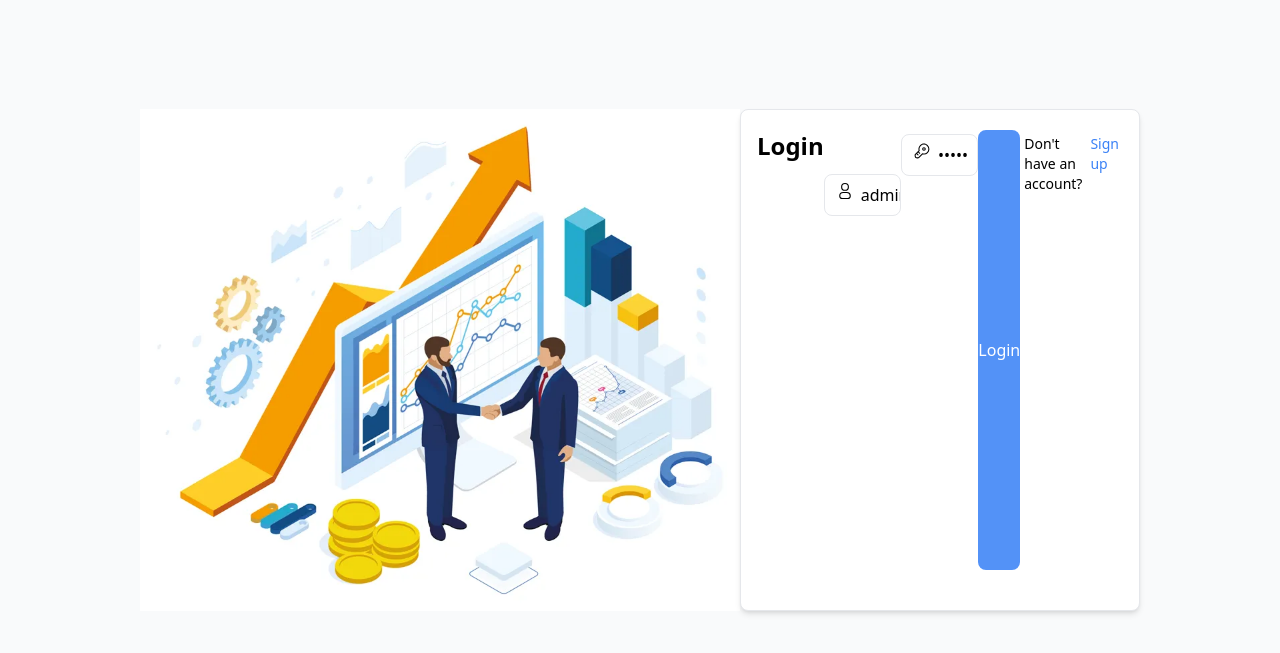
Repository: Fortivera/yourestate
Page: /
The author's editor kept a copy of each file at every save. The page is drawn from the files as they stood at one save, then again after the next save.
The browser window is 1280 px wide. The pictures show the whole page.
The project was rebuilt for these pictures with package versions that can differ from the ones it lists, and the page was loaded fresh each time. The framework's server and built-in components were replaced by stand-ins that run in the browser. Also part of the build but not shown: next.config.js.

Above is the page before, as saved 2023-11-02 14:41:44.

### src/app/layout.tsx
import './globals.css'



export const metadata = {
  title: 'Home',
  description: "great explanation of something",
}

export default function RootLayout({ children }: { children: React.ReactNode }) {
  return (
    <html lang="en">
      <body>
        {children}
      </body>
    </html>
  );
}

### src/app/page.tsx
import Link from "next/link"
import Image from "next/image"
import SvgNewUser from "public/static/SvgNewUser"
import SvgPassword from "public/static/SvgPassword"

export default function Login() {
  return (
    <div className="min-h-screen bg-gray-50 flex items-center justify-center">
      <div className="flex justify-center items-center w-full px-4 py-10 tablet:w-[540px] ">
        <div className="flex laptop:flex-row tablet:flex-col mobile:flex-col">
          <figure className="w-[600px]  ">
            <Image src="/static/growth.jpg" alt="login page picture" layout="responsive" width={500} height={700} className={""} />
          </figure>
          <div className="flex flex-row justify-center w-[400px] px-4 pb-6 pt-5 bg-white border rounded-lg shadow-md">
            <h1 className="text-2xl font-semibold text-center mb-4">Login</h1>

            <div className="mt-10 mb-4 relative">
              <label className="text-sm" htmlFor="Name">
                <SvgNewUser width={18} height={18} className={"absolute left-3 top-3"} />
              </label>
              <input defaultValue="admin" id="Name" type="text" name="Name" placeholder="Username" autoComplete="given-name" required className="block w-full border rounded-lg py-2 pl-9 mt-1 focus:ring focus:ring-blue-300" />
            </div>

            <div className="mb-4 relative">
              <label className="text-sm" htmlFor="Password">
                <SvgPassword width={18} height={18} className={"absolute left-3 top-3"} />
              </label>
              <input defaultValue="admin" id="Password" type="password" name="Password" placeholder="Password" required className="block w-full border rounded-lg py-2 pl-9 mt-1 focus:ring focus:ring-blue-300" />
            </div>

            <button type="button" aria-label="Sign-in button" className="bg-[#5392f7] text-white rounded-lg w-1/3 py-2 mb-4 hover:bg-[#3b83f6]">
              <Link href="/dashboard">Login</Link>
            </button>
            <div className="flex text-sm justify-center">
              <div className="p-1">Don't have an account?</div>
              <Link href="/user" className="text-blue-500 hover:underline p-1">
                Sign up
              </Link>
            </div>
          </div>
        </div>
      </div>
    </div>
  )
}

### src/app/globals.css

@import url('https://fonts.googleapis.com/css2?family=Lora:ital,wght@0,400;0,500;0,600;1,400;1,500;1,600&family=Montserrat:ital,wght@0,300;0,400;0,500;0,600;1,300;1,400;1,500;1,600&family=Poppins:ital,wght@0,300;0,400;0,500;0,600;0,700;0,800;0,900;1,300;1,400;1,500;1,600;1,700;1,800;1,900&family=Noto+Sans:ital,wght@0,300;0,400;0,500;0,600;0,700;0,800;0,900;1,300;1,400;1,500;1,600;1,700;1,800;1,900&display=swap');

@tailwind base;
@tailwind components;
@tailwind utilities;

.navbarDark{
  background-color:rgb(45 48 56 );
  color: #ddd;
}
.navbarLight {
  background-color: rgb(59 130 246 / 0.5);
  color: black;
}
.propertyListLight {
  background-color: rgb(249 250 251);
  color: black;
  border-color: rgb(229 231 235);
  }
.propertyListDark {
  background-color:rgb(45 48 56 / 0.95);
  color: #ddd;

}
.searchbarLight {
  background-color: rgb(248 250 252);
  color: black;

}
.searchbarDark {
  background-color:rgb(100 116 139 / 0.6);
  color: #ddd;
}
.propertyLight {
  background-color: rgb(249 250 251);
  color: black;

}
.propertyDark {
  background-color:rgb(45 48 56 / 0.95);
  color: #ddd;
}

### public/static/SvgNewUser.tsx
import * as React from "react"
import { SVGProps } from "react"
const SvgNewUser = (props: SVGProps<SVGSVGElement>) => (
  <svg
    xmlns="http://www.w3.org/2000/svg"
    width={800}
    height={800}
    fill="none"
    viewBox="0 0 24 24"
    {...props}
  >
    <g fill="#000" fillRule="evenodd" clipRule="evenodd">
      <path d="M12 2.75a3.75 3.75 0 1 0 0 7.5 3.75 3.75 0 0 0 0-7.5ZM6.75 6.5a5.25 5.25 0 1 1 10.5 0 5.25 5.25 0 0 1-10.5 0ZM4.25 18.571a5.321 5.321 0 0 1 5.321-5.321h4.858a5.321 5.321 0 0 1 5.321 5.321 4.179 4.179 0 0 1-4.179 4.179H8.43a4.179 4.179 0 0 1-4.179-4.179Zm5.321-3.821a3.821 3.821 0 0 0-3.821 3.821c0 1.48 1.2 2.679 2.679 2.679h7.142c1.48 0 2.679-1.2 2.679-2.679 0-2.11-1.71-3.821-3.821-3.821H9.57Z" />
    </g>
  </svg>
)
export default SvgNewUser

### public/static/SvgPassword.tsx
import * as React from "react"
import { SVGProps } from "react"
const SvgPassword = (props: SVGProps<SVGSVGElement>) => (
    <svg
        xmlns="http://www.w3.org/2000/svg"
        width={800}
        height={800}
        fill="none"
        viewBox="0 0 24 24"
        {...props}
    >
        <g fill="#000" fillRule="evenodd" clipRule="evenodd">
            <path d="M4.51 14.999a.689.689 0 0 1 .975 0l1.75 1.749a.689.689 0 0 1-.975.974l-1.75-1.75a.689.689 0 0 1 0-.973ZM6.698 12.812a.689.689 0 0 1 .974 0l1.749 1.75a.689.689 0 0 1-.974.974l-1.75-1.75a.689.689 0 0 1 0-.974Z" />
            <path d="M18.752 5.232c-2.32-2.313-6.075-2.312-8.386 0h-.001c-1.612 1.604-2.1 3.915-1.472 5.958.075.243.009.509-.172.69L3.74 16.86a.975.975 0 0 0-.184.341.912.912 0 0 0-.055.38l.001.006.262 1.901a.912.912 0 0 0 .262.474.857.857 0 0 0 .462.256l1.913.263c.08.012.223.003.385-.05a.838.838 0 0 0 .324-.177l.008-.007 4.995-4.986a.688.688 0 0 1 .692-.17c2.028.634 4.34.14 5.956-1.466a5.94 5.94 0 0 0-.009-8.393Zm-9.36-.975c2.85-2.85 7.475-2.848 10.332 0 2.86 2.849 2.86 7.493.01 10.342l-.001.002A7.316 7.316 0 0 1 12.8 16.52l-4.707 4.698a2.19 2.19 0 0 1-.883.523c-.309.1-.668.152-1.006.104h-.003L4.3 21.582c-.491-.069-.928-.326-1.25-.65a2.279 2.279 0 0 1-.649-1.24l-.001-.01-.262-1.902v-.003a2.26 2.26 0 0 1 .111-1.012c.102-.305.27-.625.505-.868l.007-.007 4.703-4.702c-.591-2.404.043-5.056 1.928-6.932Z" />
            <path d="M14.62 8.302a1.06 1.06 0 1 0 0 2.121 1.06 1.06 0 0 0 0-2.121Zm-2.438 1.06a2.438 2.438 0 1 1 4.876 0 2.438 2.438 0 0 1-4.877 0Z" />
        </g>
    </svg>
)
export default SvgPassword

### tailwind.config.js
/* eslint-disable prettier/prettier */
/** @type {import('tailwindcss').Config} */
module.exports = {
  content: [
    "./app/**/*.{js,ts,jsx,tsx}",
    "./pages/**/*.{js,ts,jsx,tsx}",
    "./components/**/*.{js,ts,jsx,tsx}",

    // Or if using `src` directory:
    "./src/**/*.{js,ts,jsx,tsx}",
  ],
  theme: {
    extend: {
      fontFamily: {
        Poppins: ["Poppins", "sans-serif"],
        Montserrat: ["Montserrat", "sans-serif"],
        Lora: ["Lora", "sans-serif"],
        Noto: ["Noto Sans", "sans-serif"],
      },
      screens: {
        'mobile': "320px",
        'tablet': "481px",
        'laptop': "769px",
       ' desktop': "1025px",
      },


    },
    plugins: [],
  },
}

After the next save:
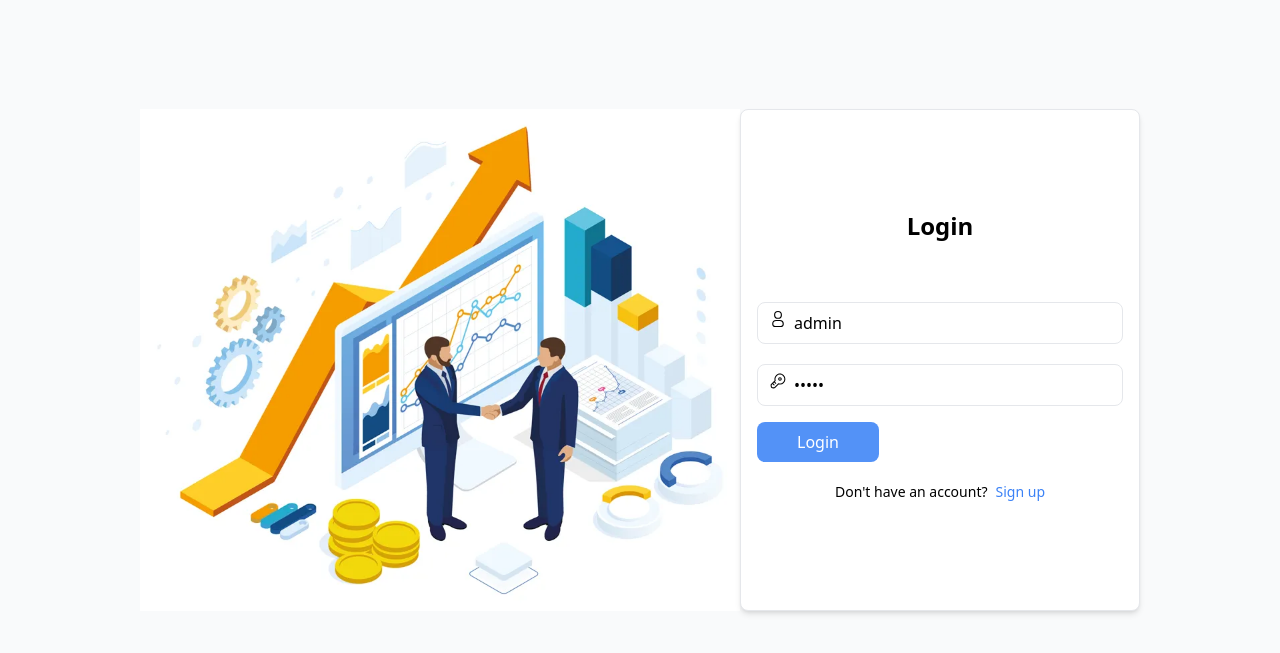
Saved 9 s later.
--- a/src/app/page.tsx
+++ b/src/app/page.tsx
@@ -11,7 +11,7 @@ export default function Login() {
           <figure className="w-[600px]  ">
             <Image src="/static/growth.jpg" alt="login page picture" layout="responsive" width={500} height={700} className={""} />
           </figure>
-          <div className="flex flex-row justify-center w-[400px] px-4 pb-6 pt-5 bg-white border rounded-lg shadow-md">
+          <div className="flex flex-col justify-center w-[400px] px-4 pb-6 pt-5 bg-white border rounded-lg shadow-md">
             <h1 className="text-2xl font-semibold text-center mb-4">Login</h1>
 
             <div className="mt-10 mb-4 relative">
